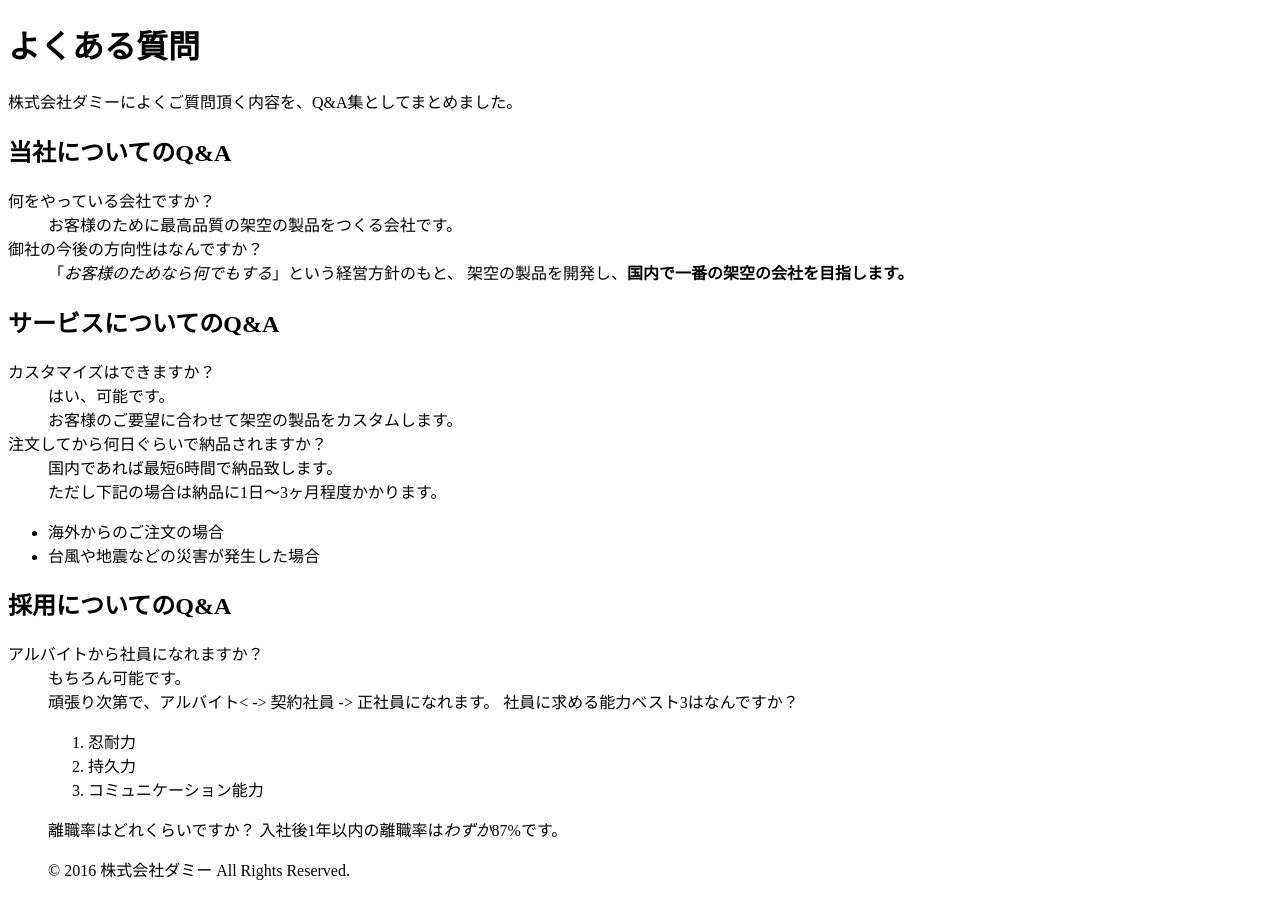
Repository: winc1980/practice-hp2022-wednesday
Page: ruka/practice1.html
An editor plug-in stored every save of this project. The page is shown before and after the next save, followed by the edit.
The browser window is 1280 px wide. The pictures show the whole page.

Above is the page before, as saved 2022-05-26 00:47:33.

After the next save:
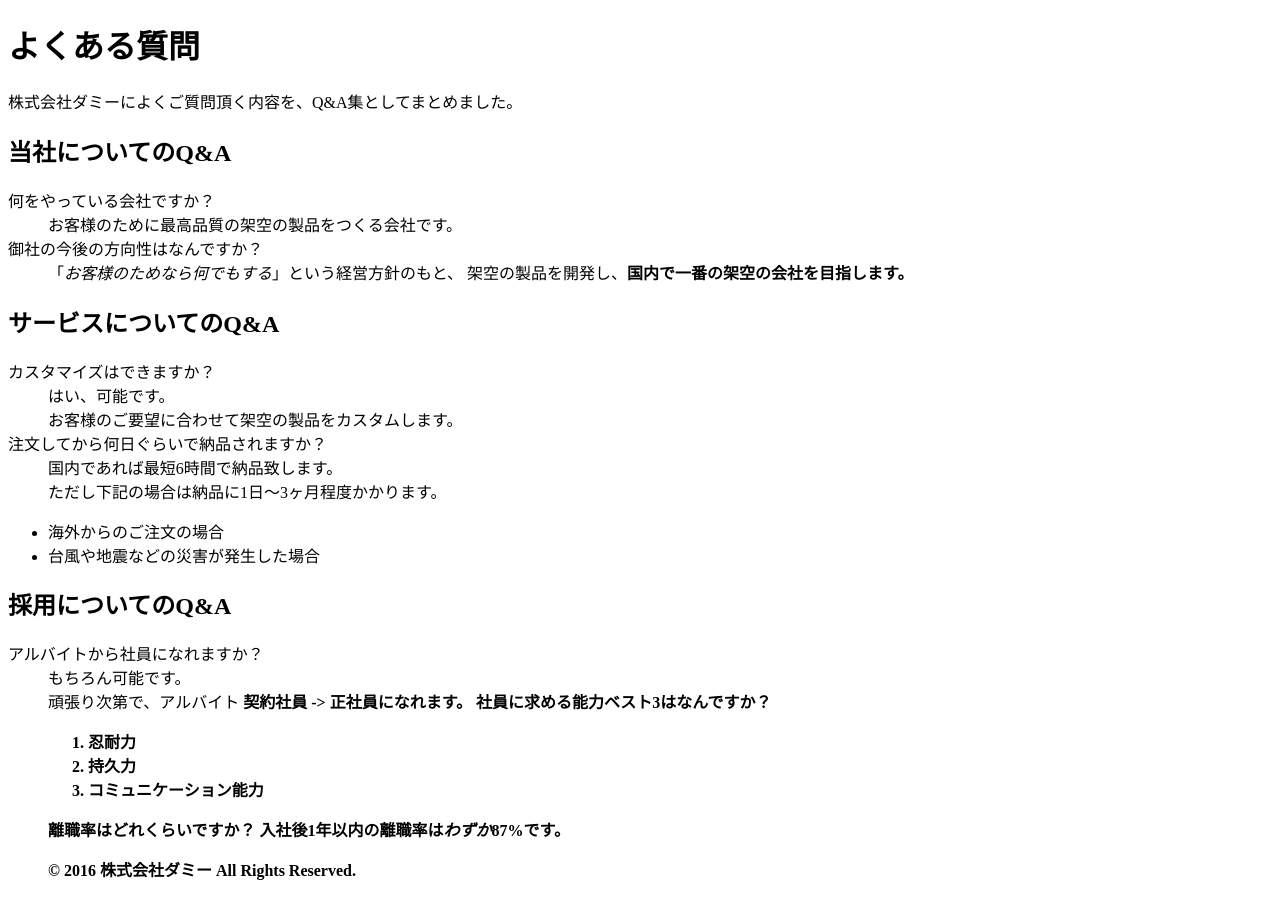
Saved 7 s later.
--- a/ruka/practice1.html
+++ b/ruka/practice1.html
@@ -54,7 +54,7 @@
 アルバイトから社員になれますか？
 <dd>
 もちろん可能です。<br>
-頑張り次第で、アルバイト< -> 契約社員 -> 正社員になれます。
+頑張り次第で、アルバイト<b -> 契約社員 -> 正社員になれます。
 
 社員に求める能力ベスト3はなんですか？
 <ol>
